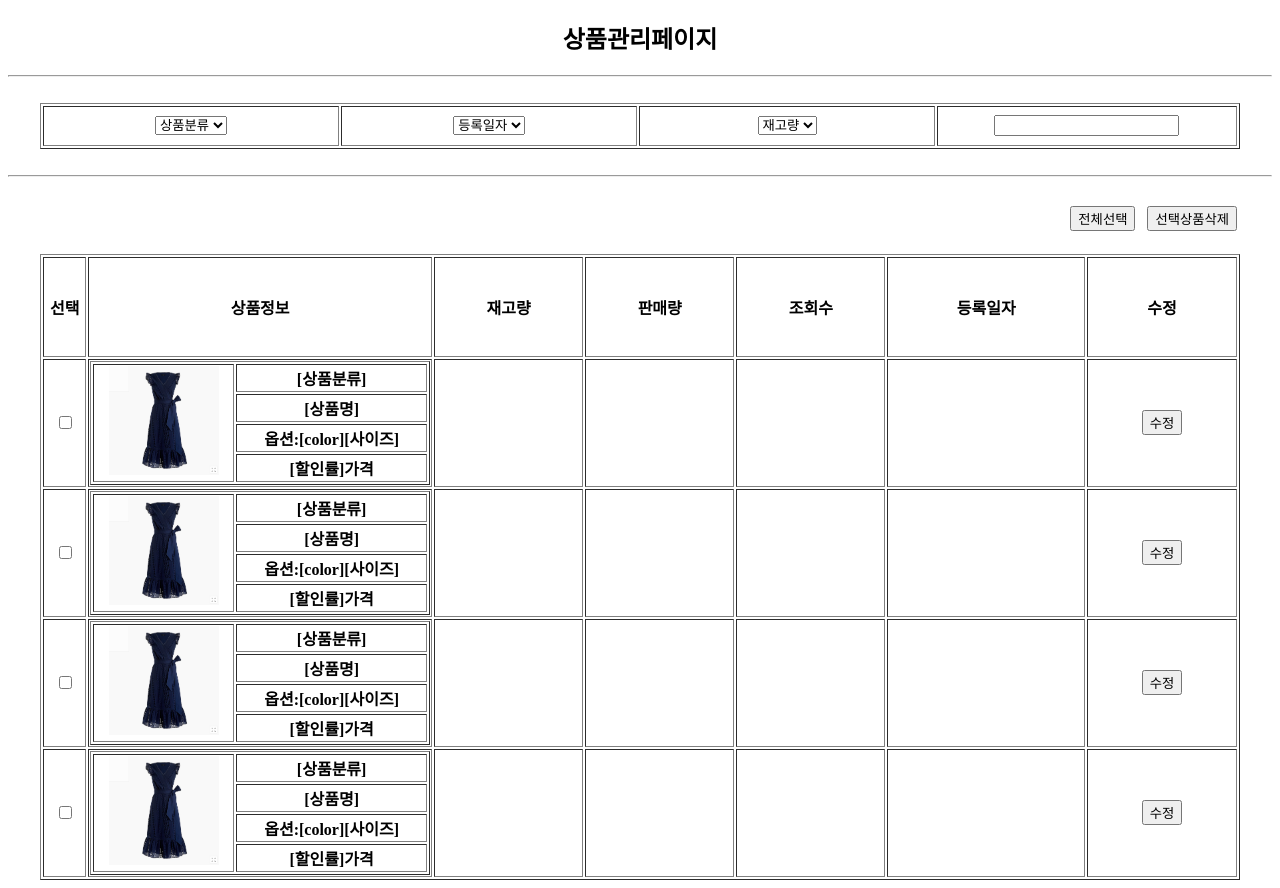
Repository: simjinbo/shoppingmall-lookbom
Page: http://localhost/lookBomProject/views/admin/productListViewAdmin.jsp
These files come from the project's save history. The page is drawn as it stood at one moment and after the next save; the edit follows.
The browser window is 1280 px wide. The pictures show the whole page.
The page is served by Tomcat 9. Nobody is signed in. The application's start-up code is not run. Other server files are loaded and not shown.

Above is the page before, as saved 2019-03-11 06:07:50.

### lookBomProject/web/views/admin/productListViewAdmin.jsp
<%@ page language="java" contentType="text/html; charset=UTF-8"
    pageEncoding="UTF-8"%>
<!DOCTYPE html>
<html>
<head>
<meta charset="UTF-8">
<title>lookbom</title>
</head>
<body>
<h2 align="center">상품관리페이지</h2>
<hr>
<br>
<table align="center" width="1200" border="1px solid #bcbcbc">
<tr height="40">
<th width ="300"><select id="filter1" name="filter1"><option value="">상품분류</option></select></th>
<th width ="300"><select id="filter2" name="filter2"><option value="">등록일자</option></select></th>
<th width ="300"><select id="filter3" name="filter3"><option value="">재고량</option></select></th>
<th width ="300"><input type="text"></th>
</tr>
</table>
<br>
<hr>
<br>
<table align="center" width="1200" >
<tr><th align="right"><button>전체선택</button>&nbsp;&nbsp;&nbsp;<button>선택상품삭제</button></th><tr>
</table>
<br>
<table align="center" width="1200" border="1px solid #bcbcbc">
<tr height="100"><th width="40">선택</th><th width="350">상품정보</th><th width="150">재고량</th><th width="150">판매량</th><th width="150">조회수</th><th width="200">등록일자</th><th width="150">수정</th></tr>
<tr height="100" ><td align="center"><input type="checkbox" name="select"></td>
<td><table border="1px solid #bcbcbc">
<tr height="25"><th width="150" rowspan="4"><div ><img width="80%" height="80%" src="/lb/file/product/navyproduct.PNG" ></div></th><th width="200">[상품분류]</th></tr>
<tr height="25"><th>[상품명]</th></tr>
<tr height="25"><th>옵션:[color][사이즈]</th></tr>
<tr height="25"><th>[할인률]가격</th></tr>
</table></td>
<td></td><td></td><td></td><td></td><td align="center"><input type="button" value="수정"></td></tr>
<tr height="100" ><td align="center"><input type="checkbox" name="select"></td>
<td><table border="1px solid #bcbcbc">
<tr height="25"><th width="150" rowspan="4"><div ><img width="80%" height="80%" src="/lb/file/product/navyproduct.PNG" ></div></th><th width="200">[상품분류]</th></tr>
<tr height="25"><th>[상품명]</th></tr>
<tr height="25"><th>옵션:[color][사이즈]</th></tr>
<tr height="25"><th>[할인률]가격</th></tr>
</table></td>
<td></td><td></td><td></td><td></td><td align="center"><input type="button" value="수정"></td></tr>
<tr height="100" ><td align="center"><input type="checkbox" name="select"></td>
<td><table border="1px solid #bcbcbc">
<tr height="25"><th width="150" rowspan="4"><div ><img width="80%" height="80%" src="/lb/file/product/navyproduct.PNG" ></div></th><th width="200">[상품분류]</th></tr>
<tr height="25"><th>[상품명]</th></tr>
<tr height="25"><th>옵션:[color][사이즈]</th></tr>
<tr height="25"><th>[할인률]가격</th></tr>
</table></td>
<td></td><td></td><td></td><td></td><td align="center"><input type="button" value="수정"></td></tr>
<tr height="100" ><td align="center"><input type="checkbox" name="select"></td>
<td><table border="1px solid #bcbcbc">
<tr height="25"><th width="150" rowspan="4"><div ><img width="80%" height="80%" src="/lb/file/product/navyproduct.PNG" ></div></th><th width="200">[상품분류]</th></tr>
<tr height="25"><th>[상품명]</th></tr>
<tr height="25"><th>옵션:[color][사이즈]</th></tr>
<tr height="25"><th>[할인률]가격</th></tr>
</table></td>
<td></td><td></td><td></td><td></td><td align="center"><input type="button" value="수정"></td></tr>
</table>
</body>
</html>

### lookBomProject/web/resources/css/productPagination.css
@charset "UTF-8";

ul {
	text-align:center;
}
ul li {
	display:inline;
	vertical-align:middle;
}
ul li a {
	display:-moz-inline-stack;	/*FF2*/
	display:inline-block;
	vertical-align:top;
	padding:4px;
	margin-right:3px;
	width:15px !important;
	color:#000;
	font:bold 12px tahoma;
	border:1px solid #eee;
	text-align:center;
	text-decoration:none;
	width /**/:26px;	/*IE 5.5*/

}
ul li a.now {
	color:#fff;
	background-color: black;
	border:1px solid black;
}
ul li a:hover, ul li a:focus {
	color:#fff;
	border:1px solid black;
	background-color:black;
}

After the next save:
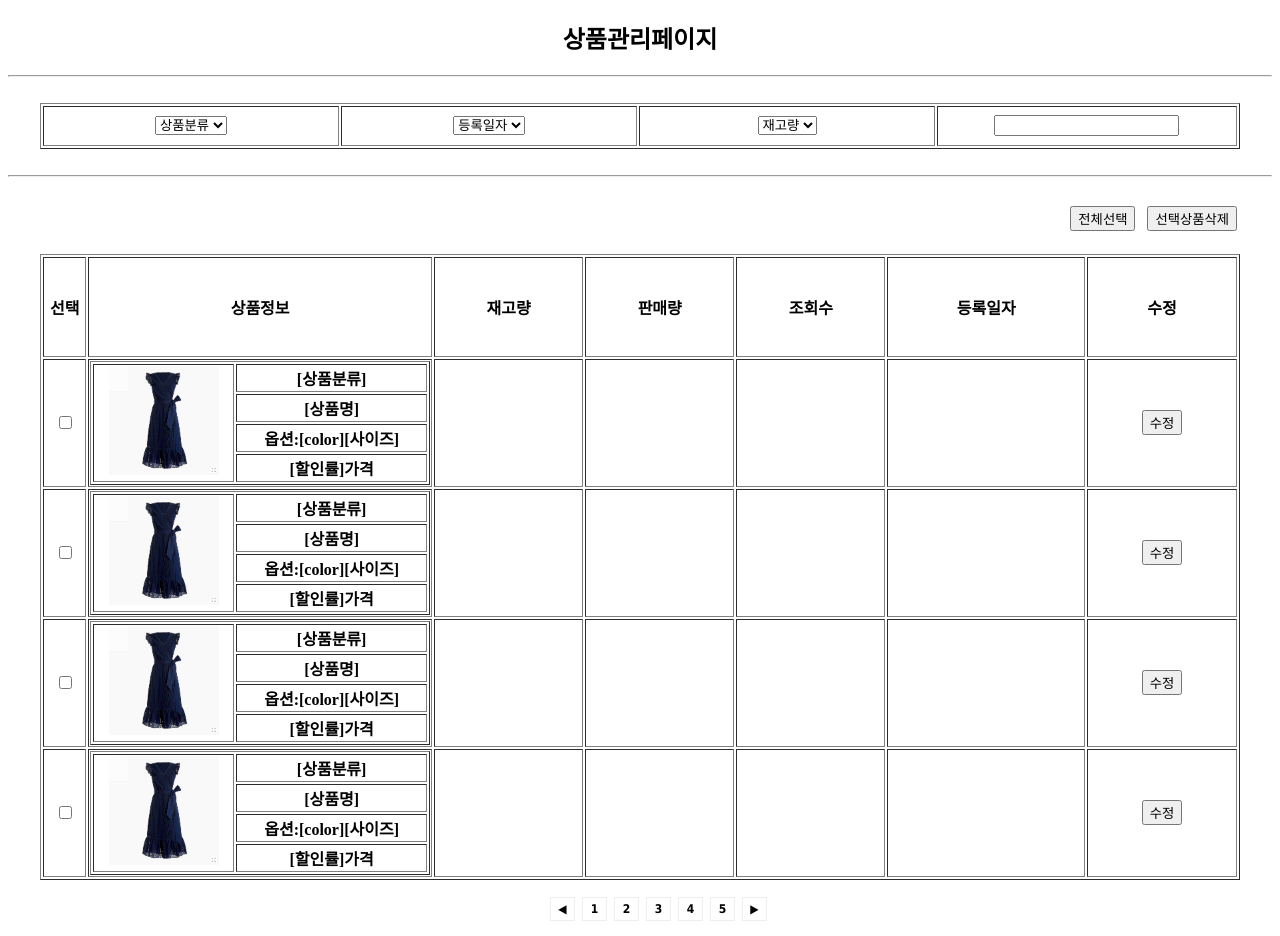
Saved 21 min 0 s later.
--- a/lookBomProject/web/views/admin/productListViewAdmin.jsp
+++ b/lookBomProject/web/views/admin/productListViewAdmin.jsp
@@ -5,6 +5,7 @@
 <head>
 <meta charset="UTF-8">
 <title>lookbom</title>
+<link rel="stylesheet" type="text/css" href="/lb/resources/css/productPagination.css">
 </head>
 <body>
 <h2 align="center">상품관리페이지</h2>
@@ -60,5 +61,14 @@
 </table></td>
 <td></td><td></td><td></td><td></td><td align="center"><input type="button" value="수정"></td></tr>
 </table>
+<ul>
+    <li><a href="#">◀</a></li>
+    <li><a href="#">1</a></li>
+    <li><a href="#">2</a></li>
+    <li><a href="#">3</a></li>
+    <li><a href="#">4</a></li>
+    <li><a href="#">5</a></li>
+    <li><a href="#">▶</a></li>
+</ul>
 </body>
 </html>
